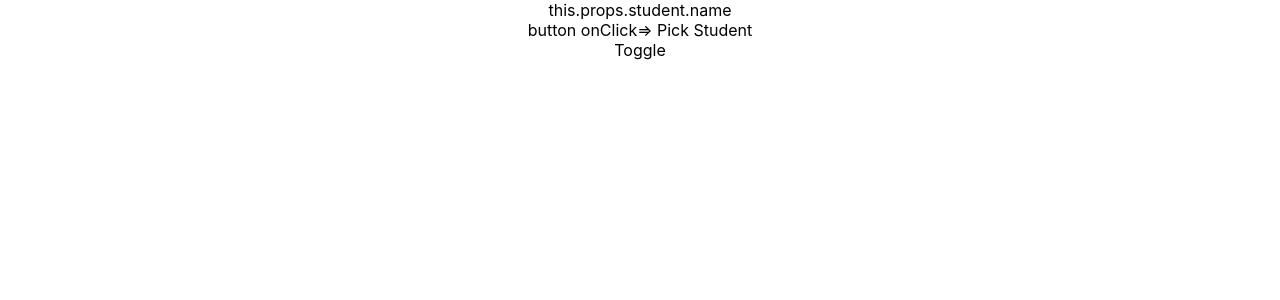
Repository: DrVicki/react-components-props
Page: /
An editor plug-in stored every save of this project. The page is shown before and after a run of saves, followed by the edit.
The browser window is 1280 px wide. The pictures show the whole page.
The project was rebuilt for these pictures with package versions that can differ from the ones it lists, and the page was loaded fresh each time.

Above is the page before, as saved 2022-02-09 08:53:53.

### src/App.js
import React from 'react';
import logo from './logo.svg';
import './App.css';
import Button from './Components/Button';
import Toggle from './Components/Toggle';
import Student from './Components/Student';
import { Component } from 'react';

class App extends Component {

  //pick a random student
  pickRandonStudent = () => {
    alert('a random student has been picked');
  }
  render() {
    return (
      <div className="App">
        <Student student={{name: 'Vicki Bealman'}} />
        <Button handleClicked={this.pickRandomStudent} />
        <Toggle />
      </div>
    );
}
}

export default App;

### src/Components/Button.js
//here is a boilerplate component structure
import React, { Component } from 'react';
class Button extends Component {
    state = { }
   render() {
      return (
          <div>button onClick={this.props.handleClicked}>
          Pick Student</div>
      );
   }
}
export default Button ;

### src/Components/Toggle.js
//here is a boilerplate component structure
import React, { Component } from 'react';
class Toggle extends Component {
    state = { }
   render() {
      return (
          <div>Toggle</div>
      );
   }
}
export default Toggle ;

### src/Components/Student.js
//here is a boilerplate component structure
import React, { Component } from 'react';
class Student extends Component {
    state = { }
   render() {
      return (
          <div>this.props.student.name</div>
      );
   }
}
export default Student ;

Loaded but not shown: public/index.html (common file); src/index.js (common file); src/index.css (common file); src/reportWebVitals.js (common file); src/App.css (common file)

After the next 6 saves:
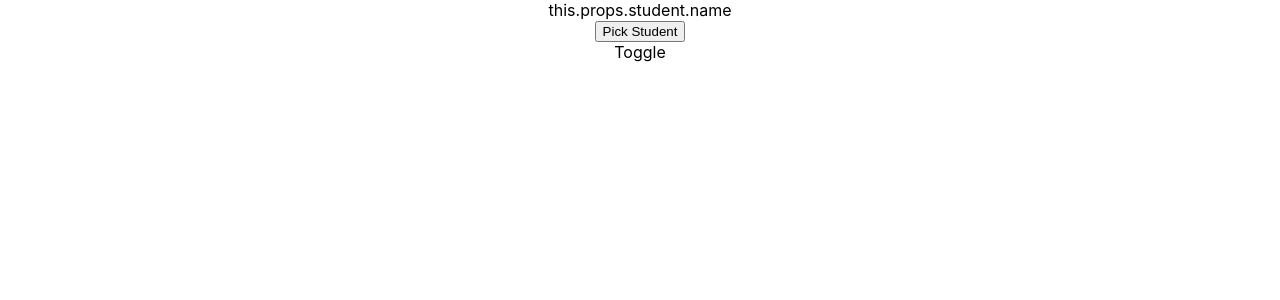
The 6 saves are shown as one change because 1 did not build or start and some came seconds apart.
The last was saved 73 s later.
--- a/src/Components/Button.js
+++ b/src/Components/Button.js
@@ -4,8 +4,8 @@ class Button extends Component {
     state = { }
    render() {
       return (
-          <div>button onClick={this.props.handleClicked}>
-          Pick Student</div>
+          <div><button onClick={this.props.handleClicked}>
+          Pick Student</button></div>
       );
    }
 }
